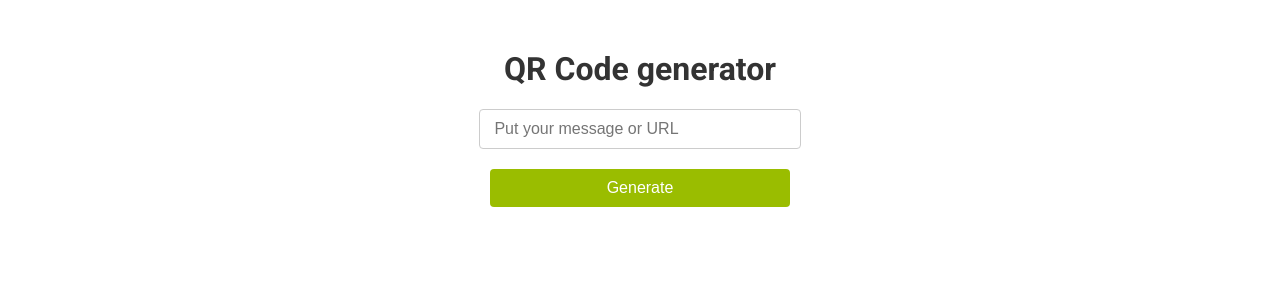
Repository: lenx0/QRCode-generator
Page: /
An editor plug-in stored every save of this project. The page is shown before and after the next save, followed by the edit.
The browser window is 1280 px wide. The pictures show the whole page.
The project was rebuilt for these pictures with package versions that can differ from the ones it lists, and the page was loaded fresh each time. Also part of the build but not shown: vite.config.ts.

Above is the page before, as saved 2024-06-21 12:44:25.

After the next save:
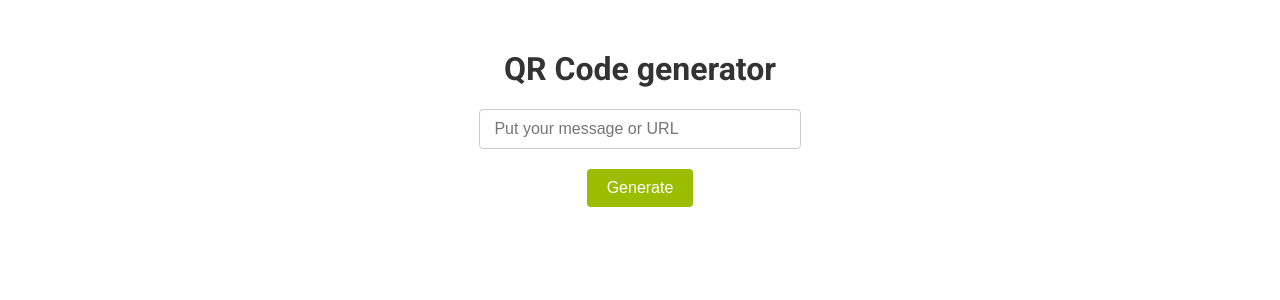
Saved 3 min 6 s later.
--- a/src/QRCode.tsx
+++ b/src/QRCode.tsx
@@ -24,7 +24,7 @@ const QRCodeGenerator: React.FC = () => {
         style={{ padding: '10px', width: '300px', marginBottom: '20px' }}
       />
       <br />
-      <button onClick={generateQRCode} style={{ minWidth: '300px', minHeight: '30px', padding: '10px 20px', cursor: 'pointer' }}>
+      <button onClick={generateQRCode} style={{ padding: '10px 20px', cursor: 'pointer' }}>
         Generate
       </button>
       <div style={{ marginTop: '30px' }}>
